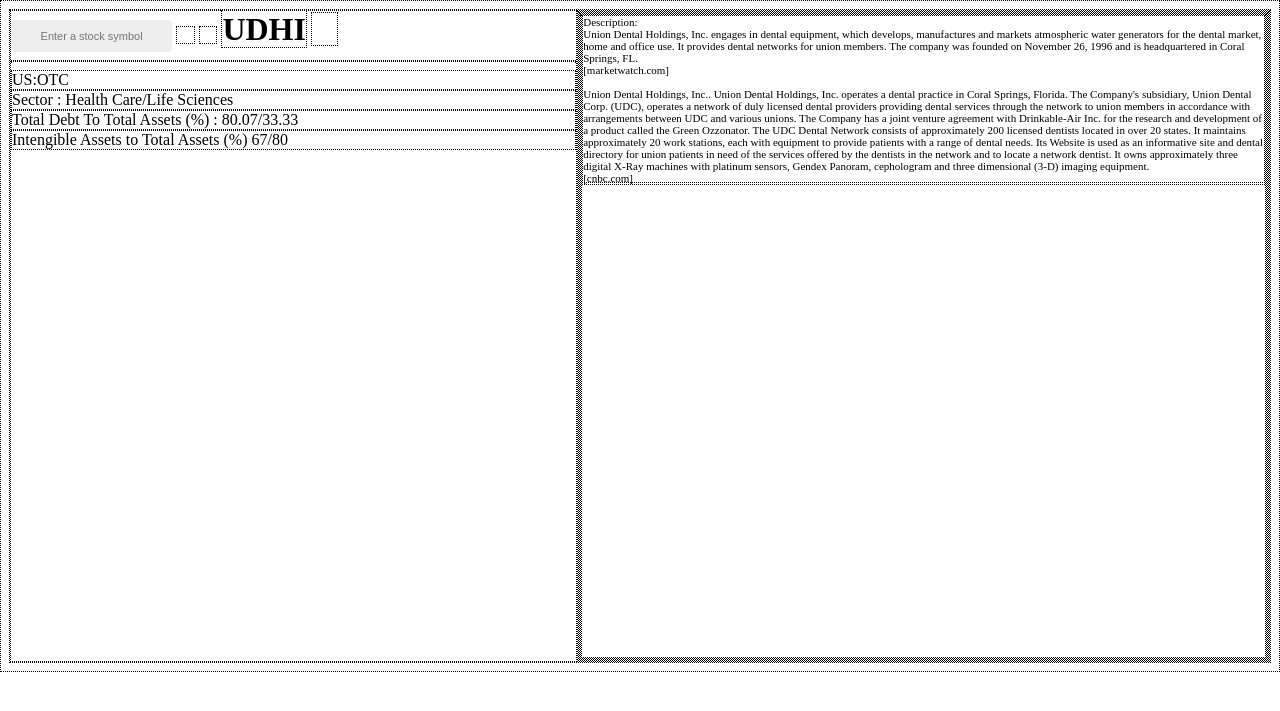
Repository: hadi4172/halal-stock-scanner
Page: popup.html
The author's editor kept a copy of each file at every save. The page is drawn from the files as they stood at one save, then again after the next save.
The browser window is 1280 px wide. The pictures show the whole page.

Above is the page before, as saved 2020-09-24 18:28:42.

### popup.html
<!DOCTYPE html>
<html>

<head>
    <title>Halal Stock Scanner</title>
    <meta charset="UTF-8">
    <link rel="stylesheet" href="SimpleBar/simplebar.css" />
    <link rel="stylesheet" href="font-awesome/font-awesome.min.css">
    <link rel="stylesheet" type="text/css" href="popup.css">
    <script src="popup.js"></script>
    <script src="SimpleBar/simplebar.min.js"></script>
</head>

<body>
    <div id=left>
        <input id=input type=text maxlength=5 placeholder="Enter a stock symbol" />
        <i id=search-btn class="fa fa-search fa-lg"></i>
        <i id=settings-btn class="fa fa-cog fa-lg"></i>
        <span id=symbol>UDHI</span>
        <i id=icon-is-correct-or-no class="fa fa-times fa-2x"></i>
        <hr>
        <div id=market>US:OTC</div>
        <div id=sector>Sector : Health Care/Life Sciences</div>
        <div id=debt-to-assets>Total Debt To Total Assets (%) : 80.07/33.33</div>
        <div id=intengible-assets-to-total-assets>Intengible Assets to Total Assets (%) 67/80 </div>
    </div>

    <div id=right>
        <div id=description data-simplebar>
            Description: <br />
            Union Dental Holdings, Inc. engages in dental equipment, which develops, manufactures and markets atmospheric water generators for the dental market, home and office use. It provides dental networks for union members. The company was founded on November 26, 1996 and is headquartered in Coral Springs, FL.<br />
            [marketwatch.com]<br /><br />
            Union Dental Holdings, Inc.. Union Dental Holdings, Inc. operates a dental practice in Coral Springs, Florida. The Company's subsidiary, Union Dental Corp. (UDC), operates a network of duly licensed dental providers providing dental services through the network to union members in accordance with arrangements between UDC and various unions. The Company has a joint venture agreement with Drinkable-Air Inc. for the research and development of a product called the Green Ozzonator. The UDC Dental Network consists of approximately 200 licensed dentists located in over 20 states. It maintains approximately 20 work stations, each with equipment to provide patients with a range of dental needs. Its Website is used as an informative site and dental directory for union patients in need of the services offered by the dentists in the network and to locate a network dentist. It owns approximately three digital X-Ray machines with platinum sensors, Gendex Panoram, cephologram and three dimensional (3-D) imaging equipment.<br />
            [cnbc.com]
        </div>
    </div>
</body>

</html>

### SimpleBar/simplebar.css
[data-simplebar] {
  position: relative;
  flex-direction: column;
  flex-wrap: wrap;
  justify-content: flex-start;
  align-content: flex-start;
  align-items: flex-start;
}

.simplebar-wrapper {
  overflow: hidden;
  width: inherit;
  height: inherit;
  max-width: inherit;
  max-height: inherit;
}

.simplebar-mask {
  direction: inherit;
  position: absolute;
  overflow: hidden;
  padding: 0;
  margin: 0;
  left: 0;
  top: 0;
  bottom: 0;
  right: 0;
  width: auto !important;
  height: auto !important;
  z-index: 0;
}

.simplebar-offset {
  direction: inherit !important;
  box-sizing: inherit !important;
  resize: none !important;
  position: absolute;
  top: 0;
  left: 0;
  bottom: 0;
  right: 0;
  padding: 0;
  margin: 0;
  -webkit-overflow-scrolling: touch;
}

.simplebar-content-wrapper {
  direction: inherit;
  box-sizing: border-box !important;
  position: relative;
  display: block;
  height: 100%; /* Required for horizontal native scrollbar to not appear if parent is taller than natural height */
  width: auto;
  visibility: visible;
  max-width: 100%; /* Not required for horizontal scroll to trigger */
  max-height: 100%; /* Needed for vertical scroll to trigger */
  scrollbar-width: none;
  -ms-overflow-style: none;
}

.simplebar-content-wrapper::-webkit-scrollbar,
.simplebar-hide-scrollbar::-webkit-scrollbar {
  width: 0;
  height: 0;
}

.simplebar-content:before,
.simplebar-content:after {
  content: ' ';
  display: table;
}

.simplebar-placeholder {
  max-height: 100%;
  max-width: 100%;
  width: 100%;
  pointer-events: none;
}

.simplebar-height-auto-observer-wrapper {
  box-sizing: inherit !important;
  height: 100%;
  width: 100%;
  max-width: 1px;
  position: relative;
  float: left;
  max-height: 1px;
  overflow: hidden;
  z-index: -1;
  padding: 0;
  margin: 0;
  pointer-events: none;
  flex-grow: inherit;
  flex-shrink: 0;
  flex-basis: 0;
}

.simplebar-height-auto-observer {
  box-sizing: inherit;
  display: block;
  opacity: 0;
  position: absolute;
  top: 0;
  left: 0;
  height: 1000%;
  width: 1000%;
  min-height: 1px;
  min-width: 1px;
  overflow: hidden;
  pointer-events: none;
  z-index: -1;
}

.simplebar-track {
  z-index: 1;
  position: absolute;
  right: 0;
  bottom: 0;
  pointer-events: none;
  overflow: hidden;
}

[data-simplebar].simplebar-dragging .simplebar-content {
  pointer-events: none;
  user-select: none;
  -webkit-user-select: none;
}

[data-simplebar].simplebar-dragging .simplebar-track {
  pointer-events: all;
}

.simplebar-scrollbar {
  position: absolute;
  left: 0;
  right: 0;
  min-height: 10px;
}

.simplebar-scrollbar:before {
  position: absolute;
  content: '';
  background: black;
  border-radius: 7px;
  left: 2px;
  right: 2px;
  opacity: 0;
  transition: opacity 0.2s linear;
}

.simplebar-scrollbar.simplebar-visible:before {
  /* When hovered, remove all transitions from drag handle */
  opacity: 0.5;
  transition: opacity 0s linear;
}

.simplebar-track.simplebar-vertical {
  top: 0;
  width: 11px;
}

.simplebar-track.simplebar-vertical .simplebar-scrollbar:before {
  top: 2px;
  bottom: 2px;
}

.simplebar-track.simplebar-horizontal {
  left: 0;
  height: 11px;
}

.simplebar-track.simplebar-horizontal .simplebar-scrollbar:before {
  height: 100%;
  left: 2px;
  right: 2px;
}

.simplebar-track.simplebar-horizontal .simplebar-scrollbar {
  right: auto;
  left: 0;
  top: 2px;
  height: 7px;
  min-height: 0;
  min-width: 10px;
  width: auto;
}

/* Rtl support */
[data-simplebar-direction='rtl'] .simplebar-track.simplebar-vertical {
  right: auto;
  left: 0;
}

.hs-dummy-scrollbar-size {
  direction: rtl;
  position: fixed;
  opacity: 0;
  visibility: hidden;
  height: 500px;
  width: 500px;
  overflow-y: hidden;
  overflow-x: scroll;
}

.simplebar-hide-scrollbar {
  position: fixed;
  left: 0;
  visibility: hidden;
  overflow-y: scroll;
  scrollbar-width: none;
  -ms-overflow-style: none;
}

### popup.css
* {
    border: 1px black dotted;
}

body{
    display:flex;
}

#right{
    width:55%
}

#left{
    width:45%
}

#description{
    height: 90vh;
}

#input{
    max-width: 60%;
    font-size: 11px;
    border: none;
    background: hsl(0 0% 93%);
    border-radius: .25rem;
    padding: .6rem;
}

::placeholder {
    text-align: center;
}

#description{
    font-size: 11px;
}

#symbol{
    font-size: 2em;
    font-weight: bolder;
}

.info{
    font-size: 11px;
}

Loaded but not shown: font-awesome/font-awesome.min.css (library); SimpleBar/simplebar.min.js (library); popup.js (no copy from this time; the picture is the same without it)

After the next save:
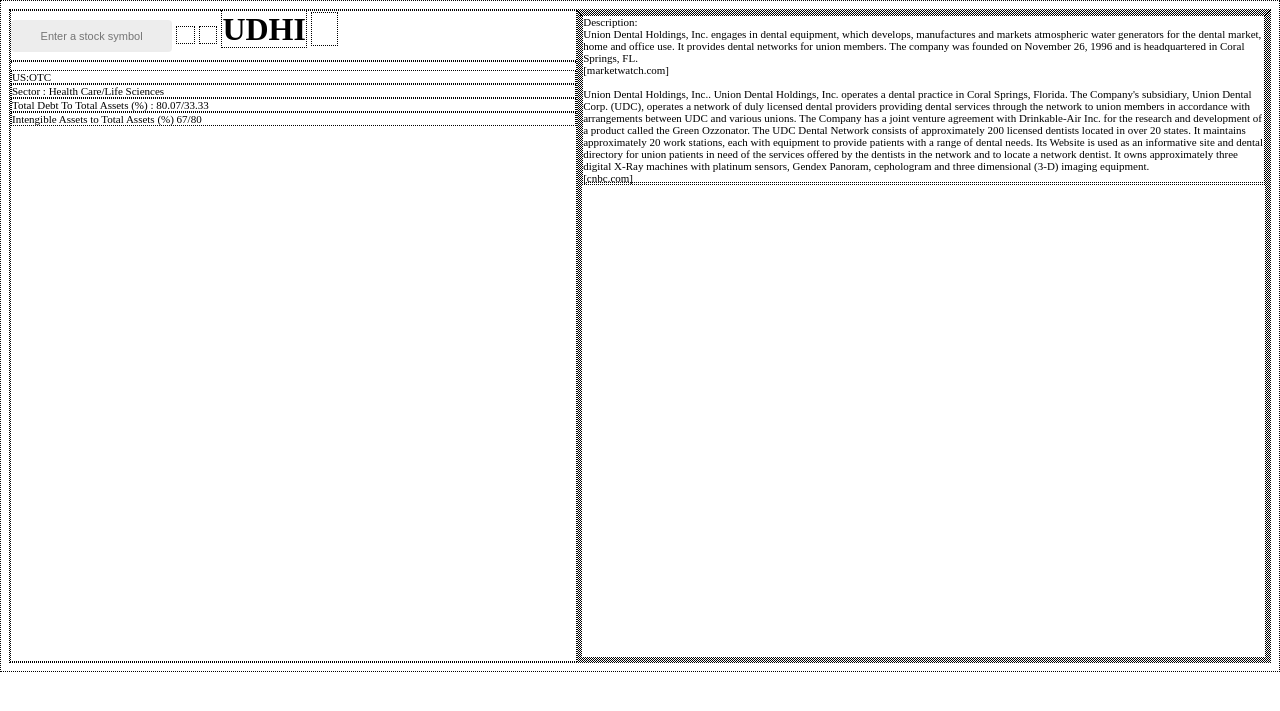
Saved 24 s later.
--- a/popup.html
+++ b/popup.html
@@ -19,10 +19,10 @@
         <span id=symbol>UDHI</span>
         <i id=icon-is-correct-or-no class="fa fa-times fa-2x"></i>
         <hr>
-        <div id=market>US:OTC</div>
-        <div id=sector>Sector : Health Care/Life Sciences</div>
-        <div id=debt-to-assets>Total Debt To Total Assets (%) : 80.07/33.33</div>
-        <div id=intengible-assets-to-total-assets>Intengible Assets to Total Assets (%) 67/80 </div>
+        <div id=market class=info>US:OTC</div>
+        <div id=sector class=info>Sector : Health Care/Life Sciences</div>
+        <div id=debt-to-assets class=info>Total Debt To Total Assets (%) : 80.07/33.33</div>
+        <div id=intengible-assets-to-total-assets class=info>Intengible Assets to Total Assets (%) 67/80 </div>
     </div>
 
     <div id=right>
